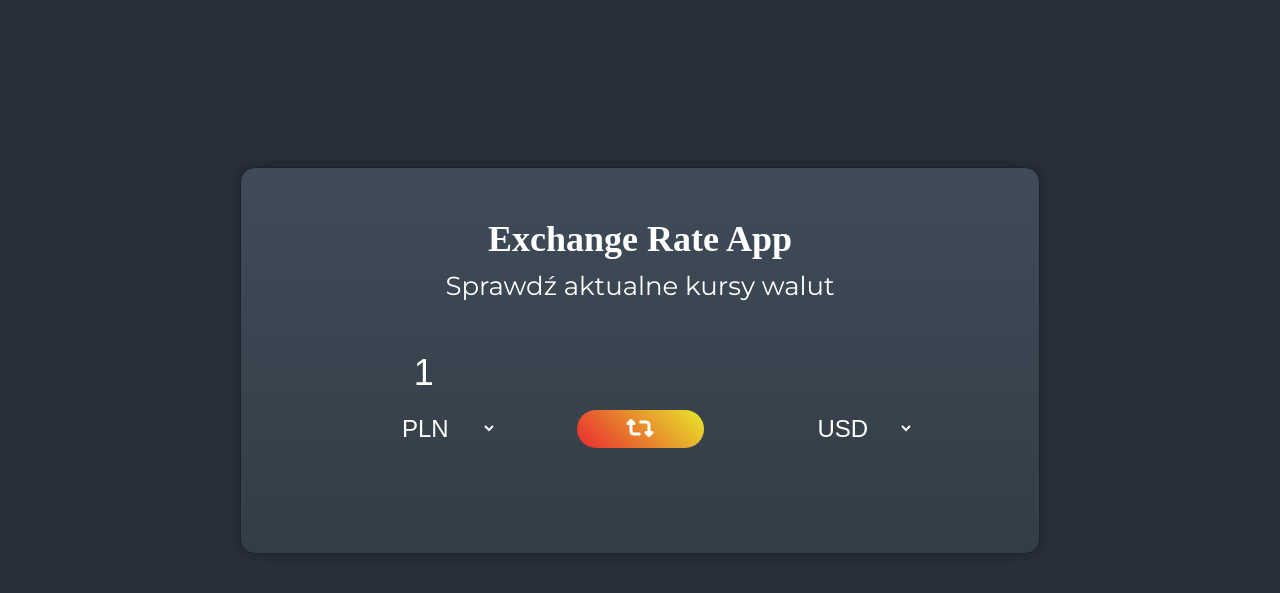
Repository: KrzysKolo/Projekt-6_Kantor
Page: index.html
An editor plug-in stored every save of this project. The page is shown before and after the next save, followed by the edit.
The browser window is 1280 px wide. The pictures show the whole page.
Some web fonts or font styles are not loaded; a fallback is used. Some web libraries are served in a nearby version.

Above is the page before, as saved 2020-07-12 06:27:55.

After the next save:
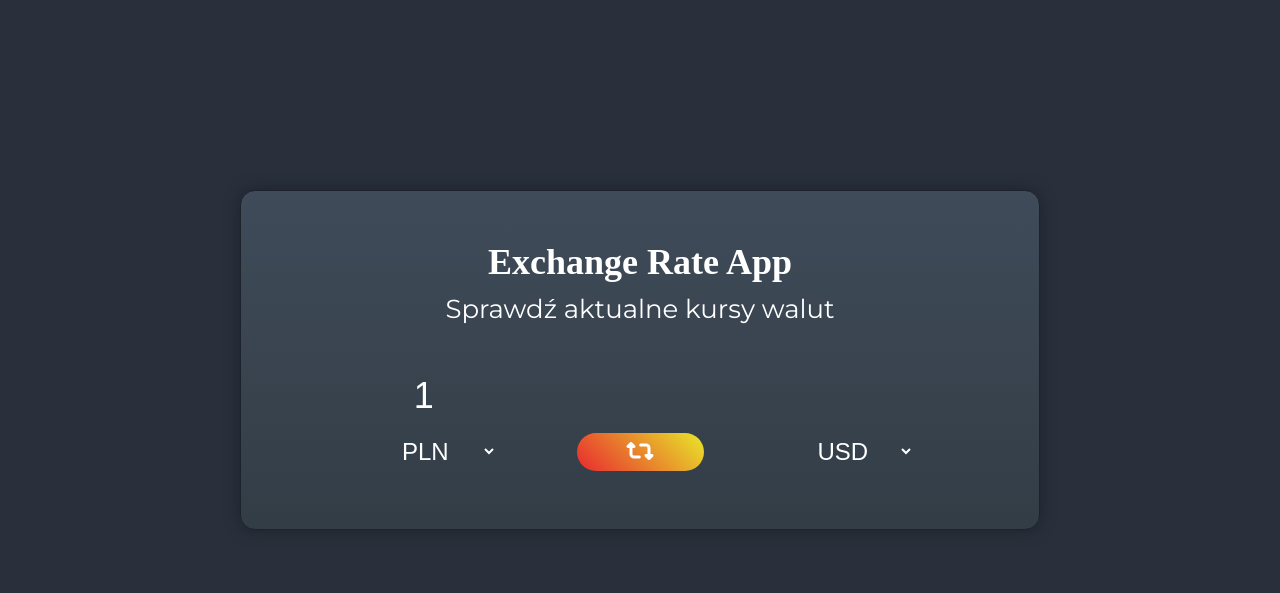
Saved 2 min 32 s later.
--- a/css/style.css
+++ b/css/style.css
@@ -83,3 +83,7 @@ body {
   outline: none;
   background-image: linear-gradient(45deg, #cc0c12, #dddd0b);
 }
+.wrapper .rate-info {
+  margin-top: 3px;
+  margin-bottom: 0;
+}
